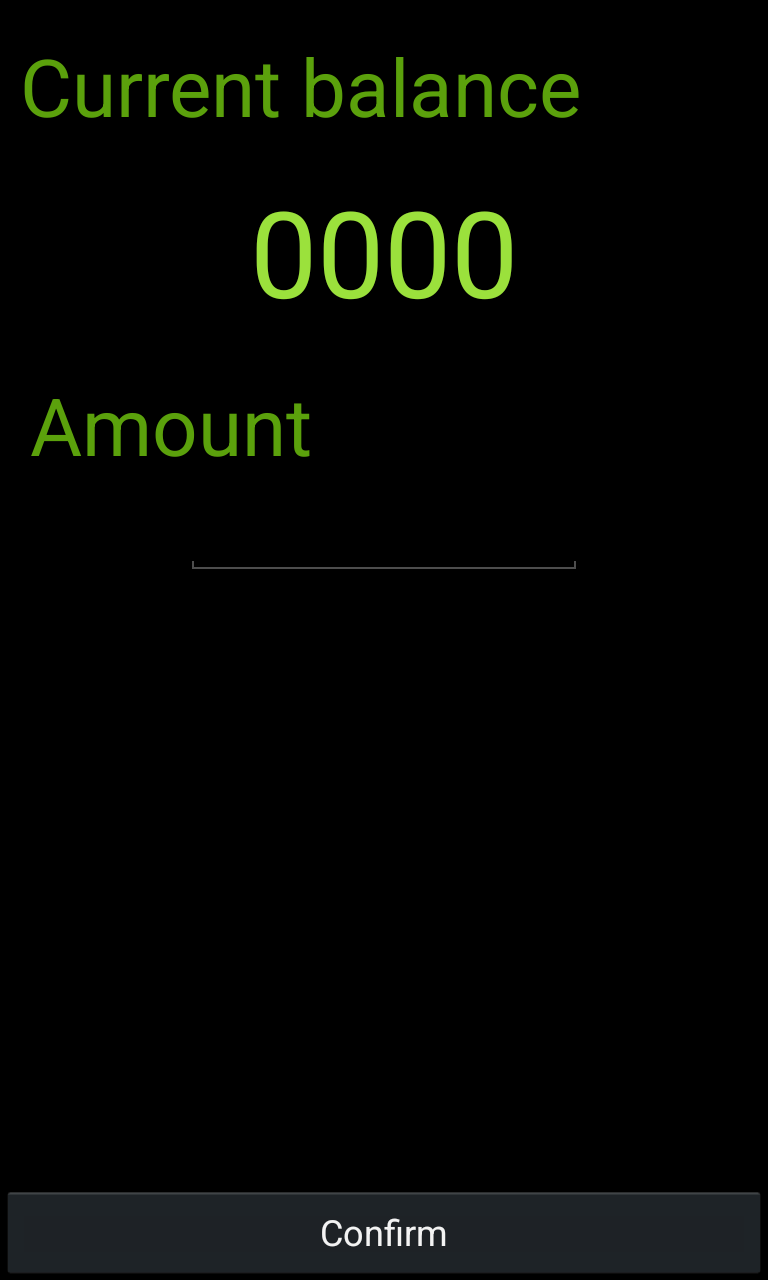
Repository: rrafols/EcoHack
Layout: EcoWalletAndroid/res/layout/payment_layout.xml
These files come from the project's save history. The layout is drawn as it stood at one moment and after the next save; the edit follows.
It is drawn on a 768 x 1280 px phone screen (xhdpi) without system bars, with theme android:Theme.Holo; the app's code is not run.

Above is the layout before, as saved 2014-02-23 05:44:04.

### EcoWalletAndroid/res/layout/payment_layout.xml
<?xml version="1.0" encoding="utf-8"?>
<RelativeLayout xmlns:android="http://schemas.android.com/apk/res/android"
    android:layout_width="match_parent"
    android:layout_height="match_parent" >

    <LinearLayout
        android:id="@+id/LayoutPaymentActivity"
        android:layout_width="match_parent"
        android:layout_height="match_parent"
        android:orientation="vertical" >

        <TextView
            android:id="@+id/textView1"
            android:layout_width="wrap_content"
            android:layout_height="wrap_content"
            android:layout_marginBottom="16dp"
            android:layout_marginLeft="10dp"
            android:layout_marginTop="@dimen/activity_vertical_margin"
            android:text="Current balance"
            android:textAppearance="?android:attr/textAppearanceLarge"
            android:textColor="#5BA10C"
            android:textSize="40sp" />

        <TextView
            android:id="@+id/textViewCurrentBalance"
            android:layout_width="match_parent"
            android:layout_height="wrap_content"
            android:gravity="center_horizontal"
            android:text="0000"
            android:textAppearance="?android:attr/textAppearanceLarge"
            android:textColor="#9BE13C"
            android:textSize="60sp" />

        <TextView
            android:id="@+id/textView2"
            android:layout_width="match_parent"
            android:layout_height="wrap_content"
            android:layout_marginBottom="10dp"
            android:layout_marginLeft="15dp"
            android:layout_marginTop="20dp"
            android:text="Amount"
            android:textAppearance="?android:attr/textAppearanceLarge"
            android:textColor="#5BA10C"
            android:textSize="40sp" />

        <EditText
            android:id="@+id/amount2pay"
            android:layout_width="200dp"
            android:layout_height="wrap_content"
            android:layout_gravity="center_horizontal"
            android:ems="20"
            android:inputType="number" />
    </LinearLayout>

    <Button
        android:id="@+id/confirmaPago"
        android:layout_width="match_parent"
        android:layout_height="wrap_content"
        android:layout_alignParentBottom="true"
        android:margin="10dp"
        android:text="Confirm" />

    <TextView
        android:id="@+id/FondoQr"
        android:layout_width="match_parent"
        android:layout_height="match_parent"
        android:background="@android:color/white"
        android:text=""
        android:visibility="gone" />

</RelativeLayout>

Loaded but not shown: EcoWalletAndroid/res/values/dimens.xml (common file)

After the next save:
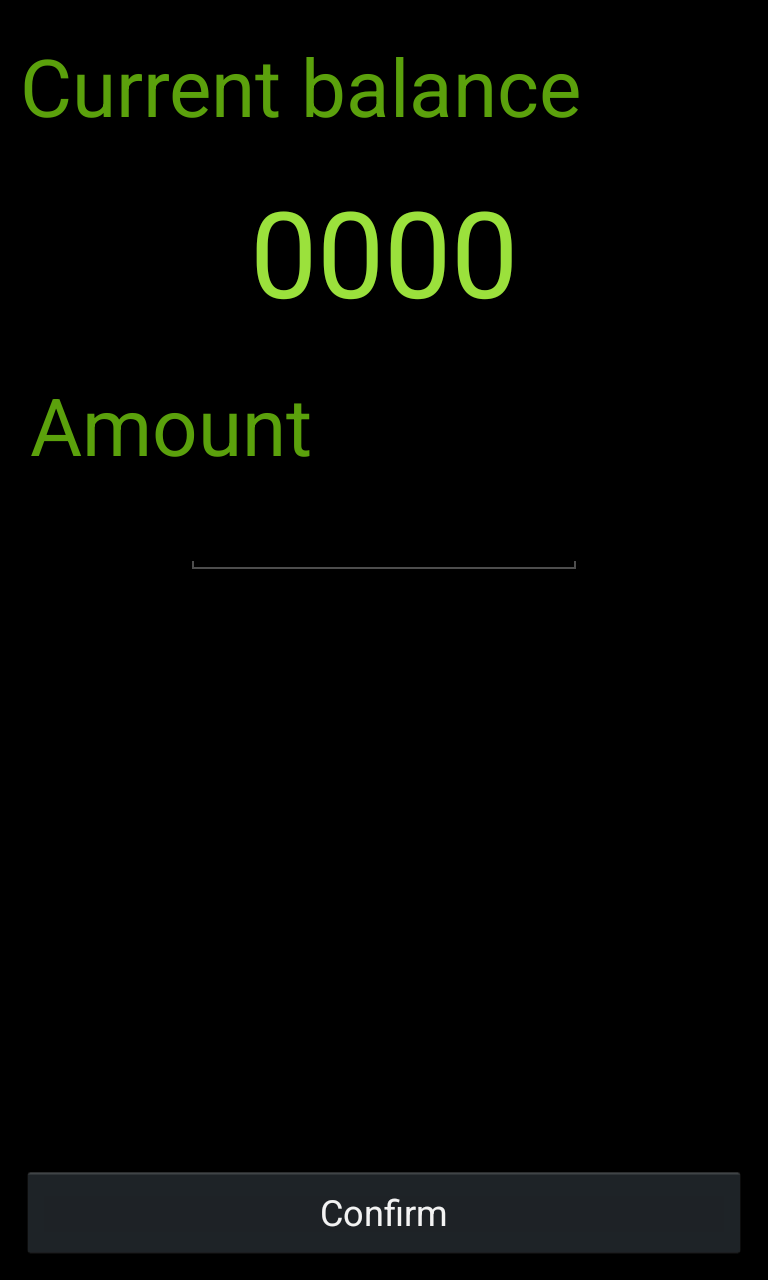
Saved 12 s later.
--- a/EcoWalletAndroid/res/layout/payment_layout.xml
+++ b/EcoWalletAndroid/res/layout/payment_layout.xml
@@ -57,7 +57,7 @@
         android:layout_width="match_parent"
         android:layout_height="wrap_content"
         android:layout_alignParentBottom="true"
-        android:margin="10dp"
+        android:layout_margin="10dp"
         android:text="Confirm" />
 
     <TextView
